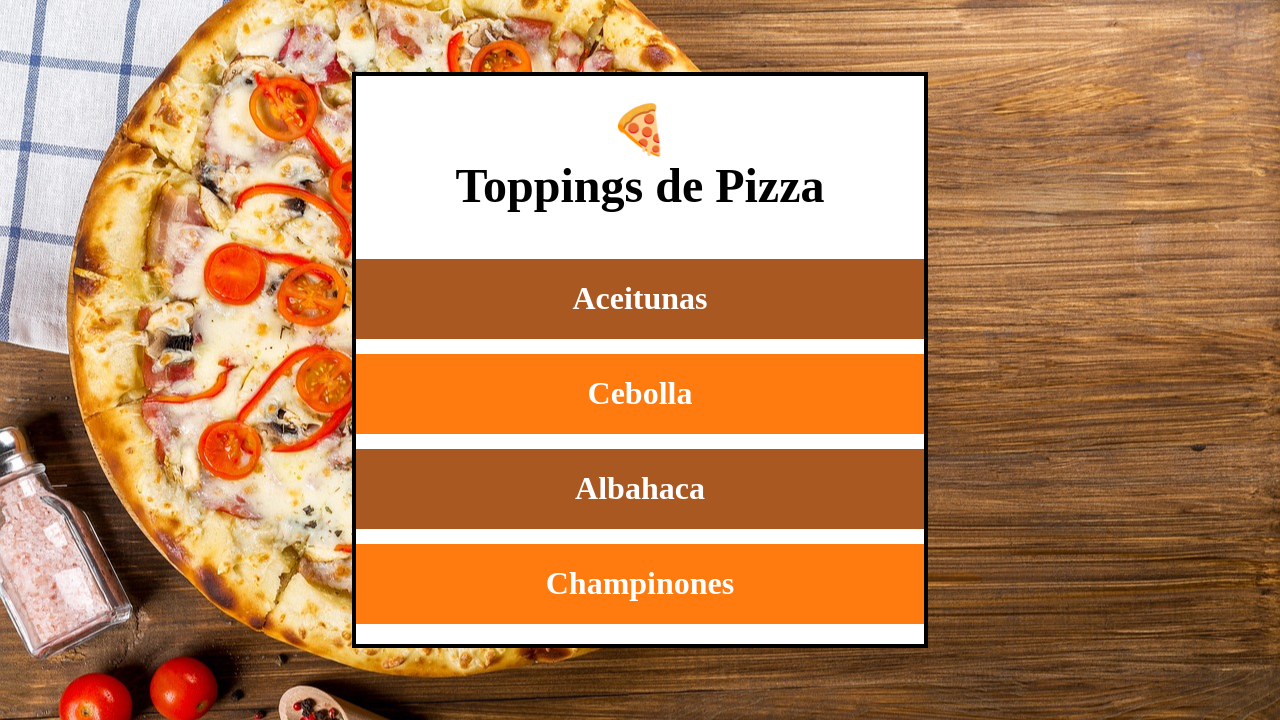
Repository: JoyMoGas/javascript-learn
Page: toppings-de-pizza/index.html
An editor plug-in stored every save of this project. The page is shown before and after the next save, followed by the edit.
The browser window is 1280 px wide. The pictures show the whole page.

Above is the page before, as saved 2024-05-08 16:15:27.

After the next save:
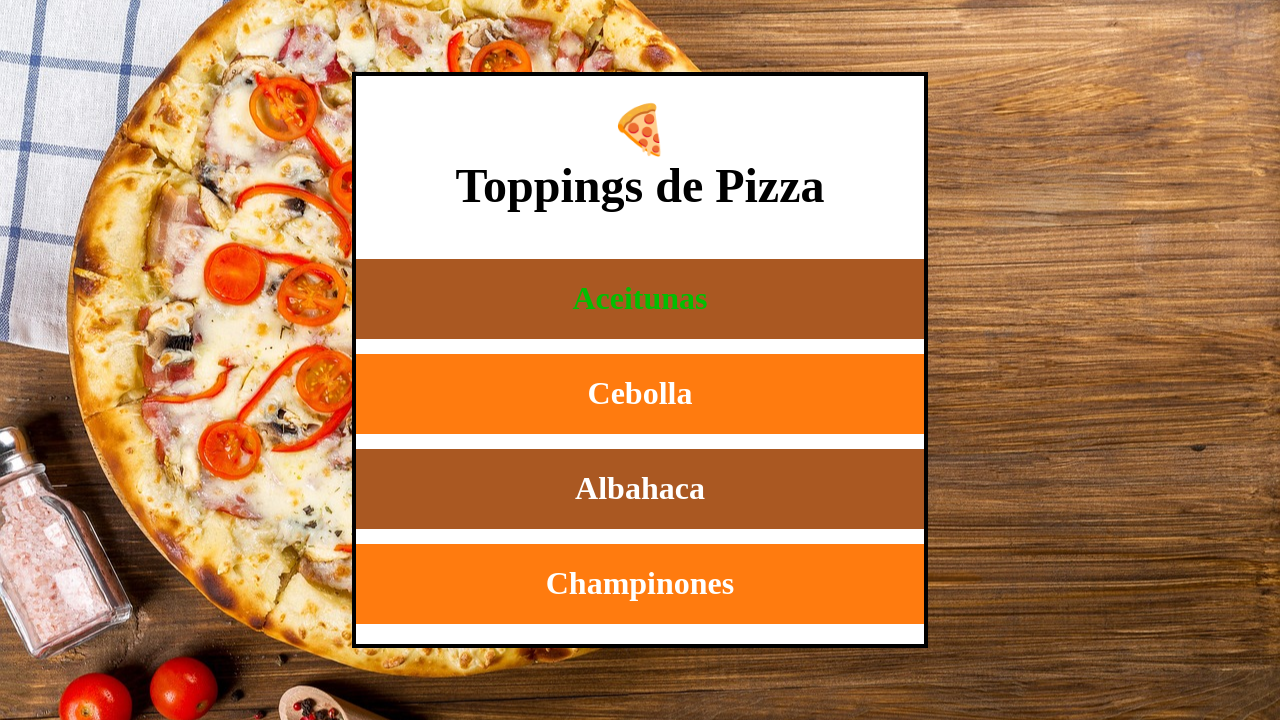
Saved 5 h 42 min later.
--- a/toppings-de-pizza/styles.css
+++ b/toppings-de-pizza/styles.css
@@ -63,5 +63,5 @@ ul {
 }
 
 .texto-verde {
-
+  color: rgb(2, 190, 2);
 }

After the save that followed:
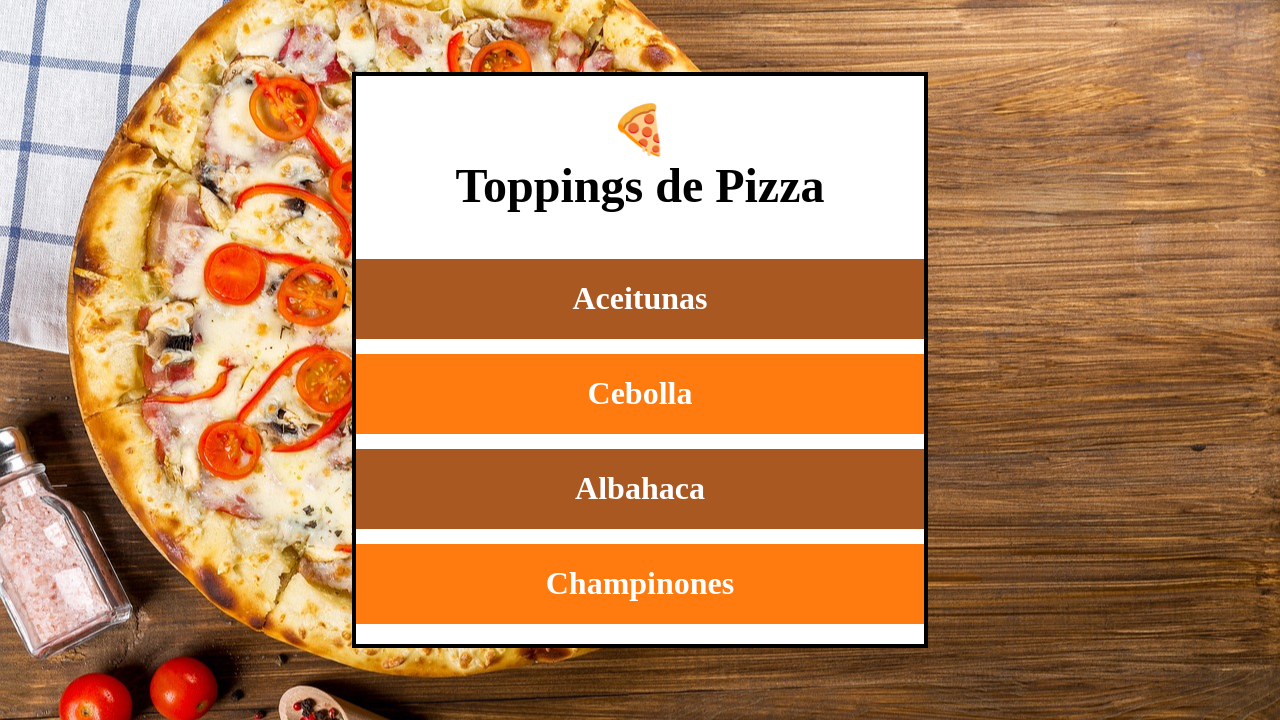
Saved 2 min 57 s later.
--- a/toppings-de-pizza/app.js
+++ b/toppings-de-pizza/app.js
@@ -24,7 +24,15 @@ const enlaces = document.getElementsByTagName('a')
 
 /*
 * AGREGAR/MODIFICAR CLASES
-*/
 const primerTopping = document.querySelector('.topping');
 primerTopping.classList.add('texto-verde');
 console.log(primerTopping.classList);
+
+*/
+/*
+* Verificar si clase existe
+ */
+
+const primerTopping = document.querySelector('.topping');
+
+console.log(primerTopping.classList.contains('fondo-marron'));
